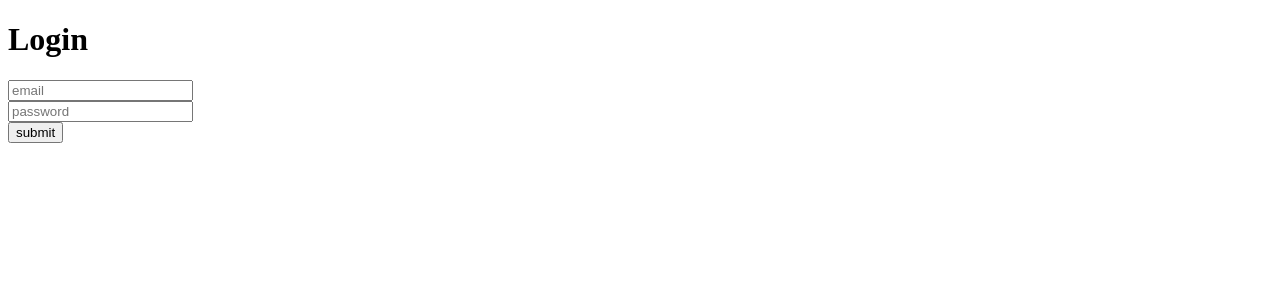
Repository: subhani70/AdvanceJava
Page: ProjectStudent/src/main/webapp/signin.html
These files come from the project's save history. The page is drawn as it stood at one moment and after the next save; the edit follows.
The browser window is 1280 px wide. The pictures show the whole page.

Above is the page before, as saved 2025-07-02 08:22:44.

### ProjectStudent/src/main/webapp/signin.html
<!DOCTYPE html>
<html>
<head>
<meta charset="ISO-8859-1">
<title>Insert title here</title>
</head>
<body>
 <h1>Login</h1>
		<form action="signin" method="get">
			<input type="email" name="email" placeholder="email"> <br>
			<input type="password" name="password" placeholder="password" ><br>
			<button>submit</button>

		</form>

</body>
</html>

After the next save:
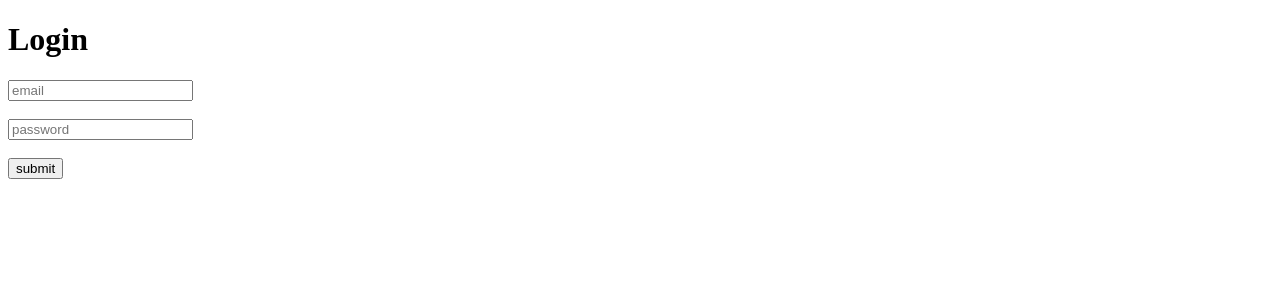
Saved 24 s later.
--- a/ProjectStudent/src/main/webapp/signin.html
+++ b/ProjectStudent/src/main/webapp/signin.html
@@ -7,8 +7,8 @@
 <body>
  <h1>Login</h1>
 		<form action="signin" method="get">
-			<input type="email" name="email" placeholder="email"> <br>
-			<input type="password" name="password" placeholder="password" ><br>
+			<input type="email" name="email" placeholder="email"> <br> <br>
+			<input type="password" name="password" placeholder="password" ><br> <br>
 			<button>submit</button>
 
 		</form>
